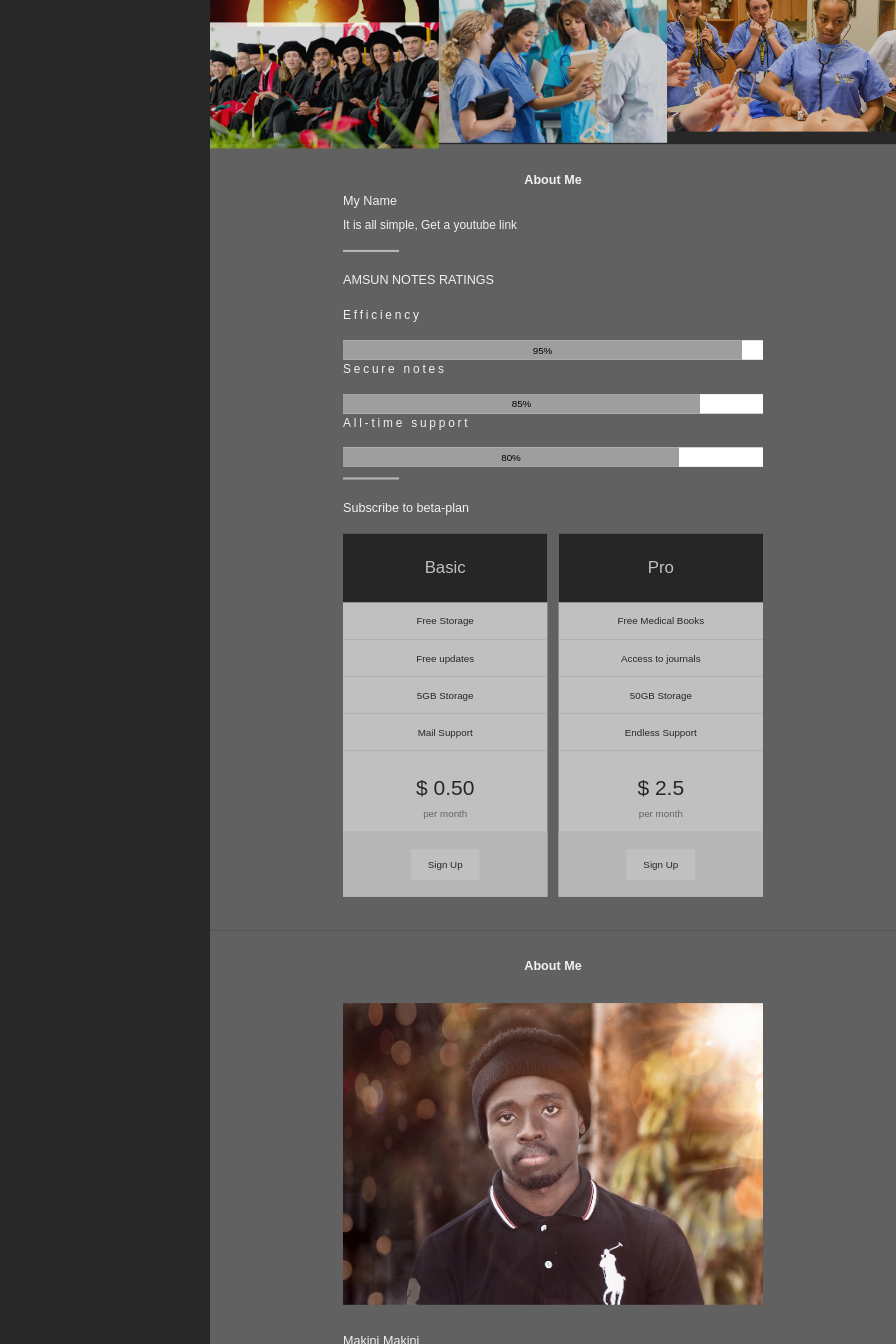
Repository: MakiniMakini/AMSUN-NOTES
Page: http://localhost/about
The author's editor kept a copy of each file at every save. The page is drawn from the files as they stood at one save, then again after the next save.
The browser window is 1280 px wide. The pictures show the part of the page from y = 500 to 2420 px (the page is 2813 px tall before and 2871 px after), at 70% of full size.
Some web fonts or font styles are not loaded; a fallback is used. The page is served by the project's application, run on Flask 3 (application.py). Other server files are loaded and not shown.

Above is the page before, as saved 2020-12-27 18:29:35.

### templates/about.html
{% extends "layout.html" %}

{% block title %}
    About
{% endblock %}

{% block main %}


<!-- Sidebar/menu -->
<nav class=" w3-sidebar w3-bar-block  w3-animate-left w3-text-grey w3-collapse w3-top w3-center bg-none" style="z-index:3;width:300px;font-weight:bold; background-color: black;" id="mySidebar"><br>
  <h3 class="w3-padding-64 w3-center"><b><br></b></h3>
  <a href="javascript:void(0)" onclick="w3_close()" class="w3-bar-item w3-button w3-padding w3-hide-large">CLOSE</a>
  <a href="#" onclick="w3_close()" class="w3-bar-item w3-button">Gallery</a>
  <a href="#aboutnotes" onclick="w3_close()" class="w3-bar-item w3-button">ABOUT AMSUN NOTES</a>
  <a href="#aboutme" onclick="w3_close()" class="w3-bar-item w3-button">ABOUT ME</a>
  <a href="/login" onclick="w3_close()" class="w3-bar-item w3-button">Get started</a>
</nav>

<!-- Top menu on small screens -->
<header class="w3-container w3-top w3-hide-large w3-white w3-xlarge w3-padding-16">
  <span class="w3-left w3-padding">SOME NAME</span>
  <a href="javascript:void(0)" class="w3-right w3-button w3-white" onclick="w3_open()">☰</a>
</header>

<!-- Overlay effect when opening sidebar on small screens -->
<div class="w3-overlay w3-hide-large w3-animate-opacity" onclick="w3_close()" style="cursor:pointer" title="close side menu" id="myOverlay"></div>

<!-- !PAGE CONTENT! -->
<div class="w3-main" style="margin-left:300px">

  <!-- Push down content on small screens -->
  <div class="w3-hide-large" style="margin-top:83px"></div>

  <!-- Photo grid -->
  <div class="w3-row">
    <div class="w3-third">
      <img src="/static/images/about/books.jpeg" style="width:100%" onclick="onClick(this)" alt="Many more to read!">
      <img src="/static/images/about/gowns.jpg" style="width:100%" onclick="onClick(this)" alt="It will come!">
      <img src="/static/images/about/graduation.jpeg" style="width:100%" onclick="onClick(this)" alt="It will all be worth it in the end!">
    </div>

    <div class="w3-third">
      <img src="/static/images/about/grey.jpeg" style="width:100%" onclick="onClick(this)" alt="Beauty in Medicine, na haitaki hasira!">
      <img src="/static/images/about/laptop.jpeg" style="width:100%" onclick="onClick(this)" alt="Don't lose your soul in the process!">
      <img src="/static/images/about/spine.jpg" style="width:100%" onclick="onClick(this)" alt="Let's listen, na hakuna makasiriko!">
    </div>

    <div class="w3-third">
      <img src="/static/images/about/book-stetho.jpg" style="width:100%" onclick="onClick(this)" alt="All you need!">
      <img src="/static/images/about/stetho.jpg" style="width:100%" onclick="onClick(this)" alt="One more step!">
      <img src="/static/images/about/surgery.jpg" style="width:100%" onclick="onClick(this)" alt="Listen carefully!">
    </div>
  </div>



  <!-- Modal for full size images on click-->
  <div id="modal01" class="w3-modal w3-black" style="padding-top:0" onclick="this.style.display='none'">
    <span class="w3-button w3-black w3-xlarge w3-display-topright">×</span>
    <div class="w3-modal-content w3-animate-zoom w3-center w3-transparent w3-padding-64">
      <img id="img01" class="w3-image">
      <p id="caption"></p>
    </div>
  </div>

  <!-- About section -->
  <div class="w3-container w3-dark-grey w3-center w3-text-light-grey w3-padding-32" id="aboutnotes">
    <h4><b>About Me</b></h4>
    <div class="w3-content w3-justify" style="max-width:600px">
      <h4>My Name</h4>
      <p>
          It is all simple,
          Get a youtube link
      </p>
      <hr class="w3-opacity">
      <h4 class="w3-padding-16"> AMSUN NOTES RATINGS</h4>
      <p class="w3-wide">Efficiency</p>
      <div class="w3-white">
        <div class="w3-container w3-padding-small w3-center w3-grey" style="width:95%">95%</div>
      </div>
      <p class="w3-wide">Secure notes </p>
      <div class="w3-white">
        <div class="w3-container w3-padding-small w3-center w3-grey" style="width:85%">85%</div>
      </div>
      <p class="w3-wide">All-time support</p>
      <div class="w3-white">
        <div class="w3-container w3-padding-small w3-center w3-grey" style="width:80%">80%</div>
      </div>
      <hr class="w3-opacity">

      <h4 class="w3-padding-16">Subscribe to beta-plan</h4>
      <div class="w3-row-padding" style="margin:0 -16px">
        <div class="w3-half w3-margin-bottom">
          <ul class="w3-ul w3-white w3-center w3-opacity w3-hover-opacity-off">
            <li class="w3-black w3-xlarge w3-padding-32">Basic</li>
            <li class="w3-padding-16">Free Storage</li>
            <li class="w3-padding-16">Free updates</li>
            <li class="w3-padding-16">5GB Storage</li>
            <li class="w3-padding-16">Mail Support</li>
            <li class="w3-padding-16">
              <h2>$ 0.50</h2>
              <span class="w3-opacity">per month</span>
            </li>
            <li class="w3-light-grey w3-padding-24">
              <button class="w3-button w3-white w3-padding-large">Sign Up</button>
            </li>
          </ul>
        </div>

        <div class="w3-half">
          <ul class="w3-ul w3-white w3-center w3-opacity w3-hover-opacity-off">
            <li class="w3-black w3-xlarge w3-padding-32">Pro</li>
            <li class="w3-padding-16">Free Medical Books</li>
            <li class="w3-padding-16">Access to journals</li>
            <li class="w3-padding-16">50GB Storage</li>
            <li class="w3-padding-16">Endless Support</li>
            <li class="w3-padding-16">
              <h2>$ 2.5</h2>
              <span class="w3-opacity">per month</span>
            </li>
            <li class="w3-light-grey w3-padding-24">
              <button class="w3-button w3-white w3-padding-large">Sign Up</button>
            </li>
          </ul>
        </div>
      </div>
    </div>
  </div>

<!-- About Me -->

  <div class="w3-container w3-dark-grey w3-center w3-text-light-grey w3-padding-32" id="aboutme">
    <h4><b>About Me</b></h4>
    <img src="/static/images/makini.JPG" alt="Me" class="w3-image w3-padding-32" width="600" height="650">
    <div class="w3-content w3-justify" style="max-width:600px">
      <h4>Makini Makini</h4>
      <p>
        Hi, my name is Makini, a tech aficionado from India, a photographer, and I am a software engineer. I like to code things from scratch, and enjoy bringing ideas to life in the browser.

        I value simple content structure, clean design patterns, and thoughtful interactions. I genuinely care about people, and love helping fellow designers work on their craft.

        I'm quietly confident, naturally curious, and perpetually working on improving my chops one design problem at a time.

        During my free time, I walk into the medical school, and learn about life. Besides, I play guitar and spend time with loved ones!
        My languages are: C, Python, Javascript, Node-js
      </p>
      <hr class="w3-opacity">


    </div>
  </div>





<!-- End page content -->
</div>

<script>
// Script to open and close sidebar
function w3_open() {
  document.getElementById("mySidebar").style.display = "block";
  document.getElementById("myOverlay").style.display = "block";
}

function w3_close() {
  document.getElementById("mySidebar").style.display = "none";
  document.getElementById("myOverlay").style.display = "none";
}

// Modal Image Gallery
function onClick(element) {
  document.getElementById("img01").src = element.src;
  document.getElementById("modal01").style.display = "block";
  var captionText = document.getElementById("caption");
  captionText.innerHTML = element.alt;
}

</script>


{% endblock %}

### templates/layout.html
<!DOCTYPE html>
<html lang="en">
    <head>
        <!-- Required meta tags -->
        <meta charset="utf-8">
        <meta name="viewport" content="width=device-width, initial-scale=1, shrink-to-fit=no">

        <!-- documentation at http://getbootstrap.com/docs/4.1/, alternative themes at https://bootswatch.com/ -->
        <link href="https://maxcdn.bootstrapcdn.com/bootstrap/4.1.3/css/bootstrap.min.css" rel="stylesheet">

        <!-- https://favicon.io/emoji-favicons/money-mouth-face/ -->
        <link href="/static/favicon.ico" rel="icon">

        <link href="/static/styles.css" rel="stylesheet">
        <link rel="stylesheet" href="/static/about.css">
        <link rel="stylesheet" href="/static/bootstrap.min.css" />
        <link rel="stylesheet" href="/static/animate.min.css" />
        <link rel="stylesheet" href="/static/ionicons.min.css" />
        <link rel="stylesheet" href="/static/styles2.css" />
        <link rel="stylesheet" href="/static/profile.css" />
        <link rel="stylesheet" href="https://fonts.googleapis.com/css?family=Raleway">

        <script src="https://code.jquery.com/jquery-3.3.1.min.js"></script>
        <script src="https://cdnjs.cloudflare.com/ajax/libs/popper.js/1.14.3/umd/popper.min.js"></script>
        <script src="https://maxcdn.bootstrapcdn.com/bootstrap/4.1.3/js/bootstrap.min.js"></script>

        <title>AMSUN Notes: {% block title %}{% endblock %}</title>
    </head>
    <style>
        body,h1,h2,h3,h4,h5 {font-family: "Raleway", sans-serif}
        .w3-third img{margin-bottom: -6px; opacity: 0.8; cursor: pointer}
        .w3-third img:hover{opacity: 1}
        </style>
    <body>

        <nav class="navbar navbar-expand-md navbar-light bg-none pl-5 pr-5 m-0 fixed-top" style="background-color: black;">
            <a class="navbar-brand" href="/"><span class="blue">A</span><span class="red">M</span><span class="yellow">S</span><span class="green">U</span><span class="yellow">N</span> <span class="blue">Notes</span></a>
            <button aria-controls="navbar" aria-expanded="false" aria-label="Toggle navigation" class="navbar-toggler bg-light" data-target="#navbar" data-toggle="collapse" type="button">
                <span class="navbar-toggler-icon"></span>
            </button>
            <div class="collapse navbar-collapse" id="navbar" >
                {% if session.user_id %}
                    <ul class="navbar-nav mr-auto mt-2">
                        <li class="nav-item"><a class="nav-link" href="/home">New Note</a></li>
                        <li class="nav-item"><a class="nav-link" href="/my_notes">My Notes</a></li>
                    </ul>
                    <ul class="navbar-nav ml-auto mt-2 navbar-right">
                        <li class="nav-item"><a class="nav-link" href="/profile">Profile</a></li>
                        <li class="nav-item"><a class="nav-link" href="/logout">Log Out</a></li>
                    </ul>
                {% else %}
                    <ul class="navbar-nav ml-auto mt-2 navbar-right">
                        <li class="nav-item"><a class="nav-link" href="/register">Register</a></li>
                        <li class="nav-item"><a class="nav-link" href="/login">Log In</a></li>
                    </ul>
                {% endif %}
            </div>
        </nav>

        {% if get_flashed_messages() %}
            <header>
                <div class="alert alert-primary border text-center" role="alert">
                    {{ get_flashed_messages() | join(" ") }}
                </div>
            </header>
        {% endif %}

        <main class="container p-0">

        </main>
        {% block main %}{% endblock %}

        <footer class="small text-center text-muted bg-none">
             <a href="https://makini-makini.herokuapp.com">© Makini Makini 2020</a>
        </footer>

    </body>
</html>

### static/styles.css
nav .navbar-brand {
	/* size for brand */
	font-size: xx-large;
}

/* colors for brand */
nav .navbar-brand .blue {
	color: #537fbe;
}
nav .navbar-brand .red {
	color: #ea433b;
}
nav .navbar-brand .yellow {
	color: #f5b82e;
}
nav .navbar-brand .green {
	color: #2e944b;
}

.navbar .nav-link {
	color: whitesmoke !important;
}

main .form-control {
	/* center form controls */
	display: inline-block;

	/* override Bootstrap's 100% width for form controls */
	width: auto;
}

main {
	/* scroll horizontally as needed */
	overflow-x: auto;

	/* center contents */
	text-align: center;
}

main img {
	/* constrain images on small screens */
	max-width: 100%;
}

/* Style the image inside the centered container, if needed */
.centered img {
	width: 150px;
	border-radius: 50%;
}

textarea {
	font-family: monospace;
}

.section_name {
	text-align: center;
	padding: 0;
}

.form-form {
	text-align: center;
	padding-top: 10vh;
}
.btn:focus {
	outline: none !important;
}

.form-control-email {
	text-align: left;
	display: block;
	width: 50%;
	height: 35px;
	padding: 6px 12px;
	font-size: 14px;
	line-height: 1.5;
	color: #eee;
	background-color: #36333d;
	background-image: none;
	border: 1px solid #36333d;
	border-radius: 4px;
	box-shadow: inset 0 1px 1px rgba(0, 0, 0, 0.075);
	transition: border-color ease-in-out .15s, box-shadow ease-in-out .15s;
}
.form-control-email:focus {
	outline: none;
}

.my_notes {
	margin: auto;
	align-content: center;
	padding-top: 2vh;
}

.my_notes .card {
	align-content: center;
	margin: auto;
}

textarea {
	background-color: #a3462f;
	padding: 5px;
	columns: red;
}

textarea:focus {
	background-color: #2f2d33;
	outline: none;
}

.notes_form {
	margin: auto;
	align-items: center;
	align-content: center;
}
.navbar-toggler:focus {
	outline: none;
}
.myIframe {
	position: relative;
	padding-bottom: 65.25%;
	padding-top: 30px;
	height: 0;
	overflow: auto;
	-webkit-overflow-scrolling: touch; //<<--- THIS IS THE KEY
}
.myIframe iframe {
	position: relative;
	top: 0;
	left: 0;
	width: 100%;
}
.notes-btn {
	margin: auto !important;
	align-items: center !important;
	display: block !important;
}

### static/profile.css
/* Profile container */
.profile {
	margin: 20px 0;
}

/* Profile sidebar */
.profile-sidebar {
	padding: 20px 0 10px 0;
	background: #fff;
}

.profile-userpic img {
	float: none;
	margin: 0 auto;
	width: 50%;
	height: 50%;
	-webkit-border-radius: 50% !important;
	-moz-border-radius: 50% !important;
	border-radius: 50% !important;
}

.profile-usertitle {
	text-align: center;
	margin-top: 20px;
}

.profile-usertitle-name {
	color: #eceef1;
	font-size: 16px;
	font-weight: 600;
	margin-bottom: 7px;
}

.profile-usertitle-job {
	text-transform: uppercase;
	color: #5b9bd1;
	font-size: 12px;
	font-weight: 600;
	margin-bottom: 15px;
}

.profile-userbuttons {
	text-align: center;
	margin-top: 10px;
}

.profile-userbuttons .btn {
	text-transform: uppercase;
	font-size: 11px;
	font-weight: 600;
	padding: 6px 15px;
	margin-right: 5px;
}

.profile-userbuttons .btn:last-child {
	margin-right: 0px;
}

.profile-usermenu {
	margin-top: 30px;
}

.profile-usermenu ul li {
	border-bottom: 1px solid #f0f4f7;
}

.profile-usermenu ul li:last-child {
	border-bottom: none;
}

.profile-usermenu ul li a {
	color: #93a3b5;
	font-size: 14px;
	font-weight: 400;
}

.profile-usermenu ul li a i {
	margin-right: 8px;
	font-size: 14px;
}

.profile-usermenu ul li a:hover {
	background-color: #fafcfd;
	color: #5b9bd1;
}

.profile-usermenu ul li.active {
	border-bottom: none;
}

.profile-usermenu ul li.active a {
	color: #dd831c;
	background-color: #f6f9fb;
	border-left: 2px solid #e92309;
	margin-left: -2px;
}

/* Profile Content */
.profile-content {
	padding: 20px;
	background: rgb(27, 23, 23);
	min-height: 200px;
	font-family: monospace;
}

Loaded but not shown: static/bootstrap.min.css (library); static/animate.min.css (library); static/ionicons.min.css (library); static/about.css (1621 lines, source omitted); static/styles2.css (529 lines, source omitted); application.py (254 lines, source omitted)

After the next save:
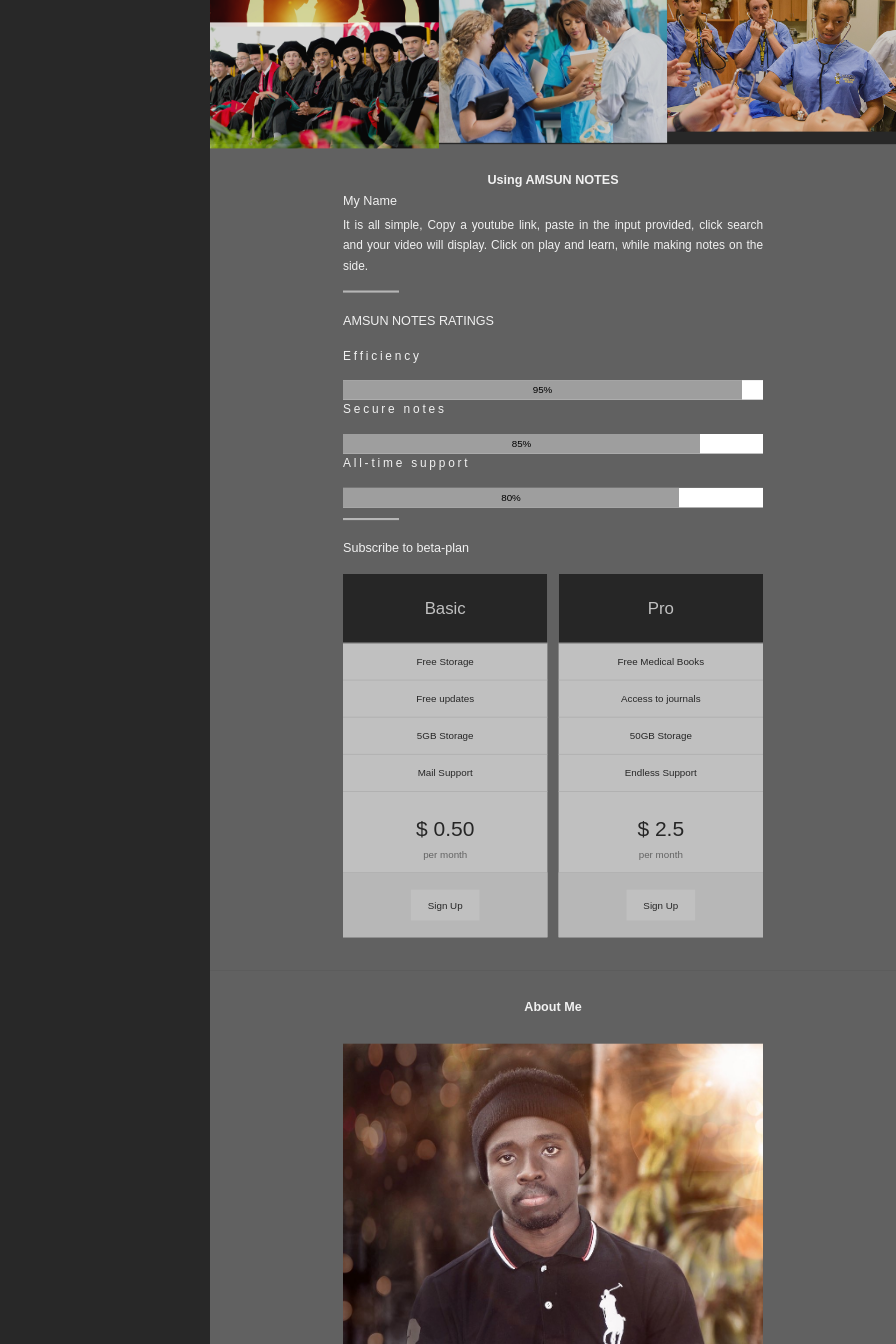
Saved 112 s later.
--- a/templates/about.html
+++ b/templates/about.html
@@ -66,12 +66,12 @@
 
   <!-- About section -->
   <div class="w3-container w3-dark-grey w3-center w3-text-light-grey w3-padding-32" id="aboutnotes">
-    <h4><b>About Me</b></h4>
+    <h4><b>Using AMSUN NOTES</b></h4>
     <div class="w3-content w3-justify" style="max-width:600px">
       <h4>My Name</h4>
       <p>
           It is all simple,
-          Get a youtube link
+          Copy a youtube link, paste in the input provided, click search and your video will display. Click on play and learn, while making notes on the side.
       </p>
       <hr class="w3-opacity">
       <h4 class="w3-padding-16"> AMSUN NOTES RATINGS</h4>
